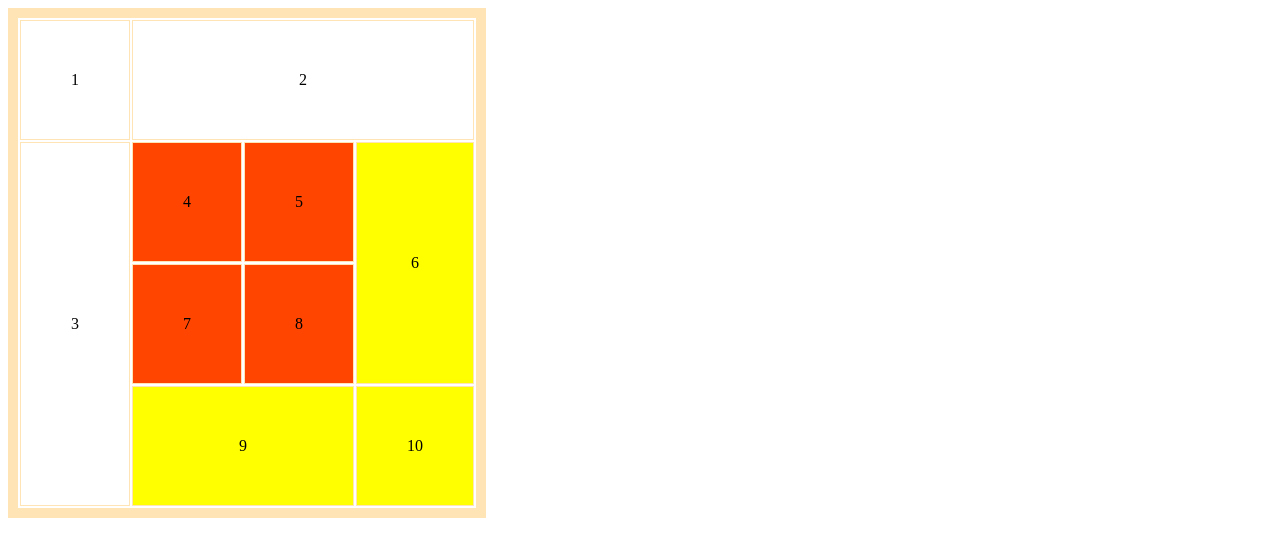
Repository: watermelonfee/HTCNWEB
Page: HTML/Tuan01/BT06/BT06a.html
These files come from the project's save history. The page is drawn as it stood at one moment and after the next save; the edit follows.
The browser window is 1280 px wide. The pictures show the whole page.

Above is the page before, as saved 2023-02-23 21:44:15.

After the next save:
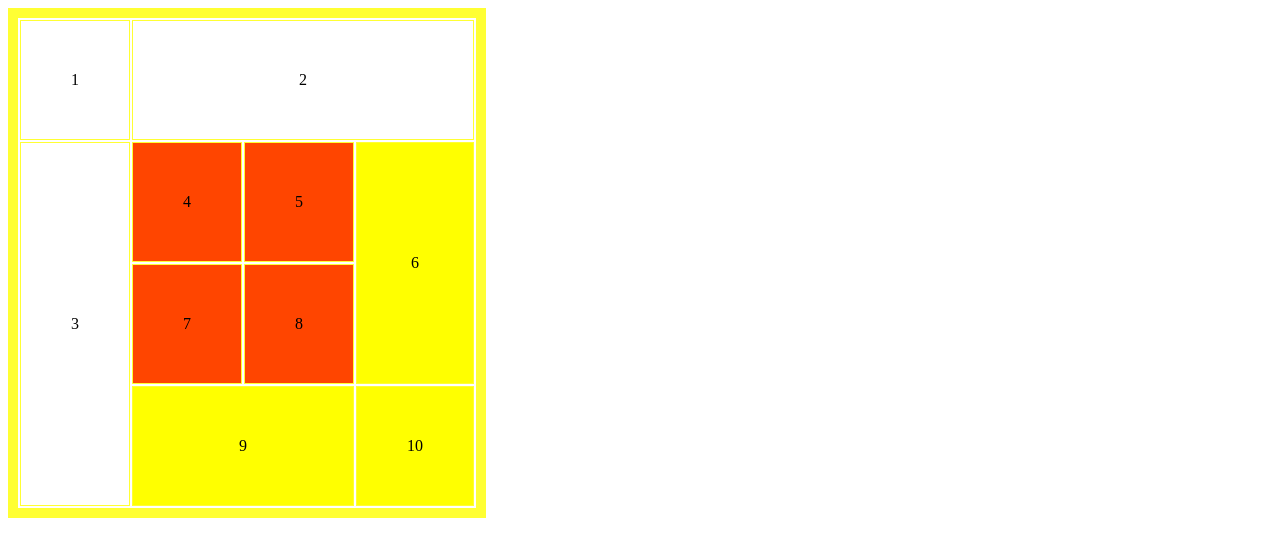
Saved 58 s later.
--- a/HTML/Tuan01/BT06/BT06a.html
+++ b/HTML/Tuan01/BT06/BT06a.html
@@ -15,7 +15,7 @@
     }
 </style>
 <body>
-    <table border= 10px solid bordercolor="Moccasin">
+    <table border= 10px solid bordercolor="#FFFF33">
         <tr>
             <td id="ID-1">1</td>
             <td colspan="4">2</td>
